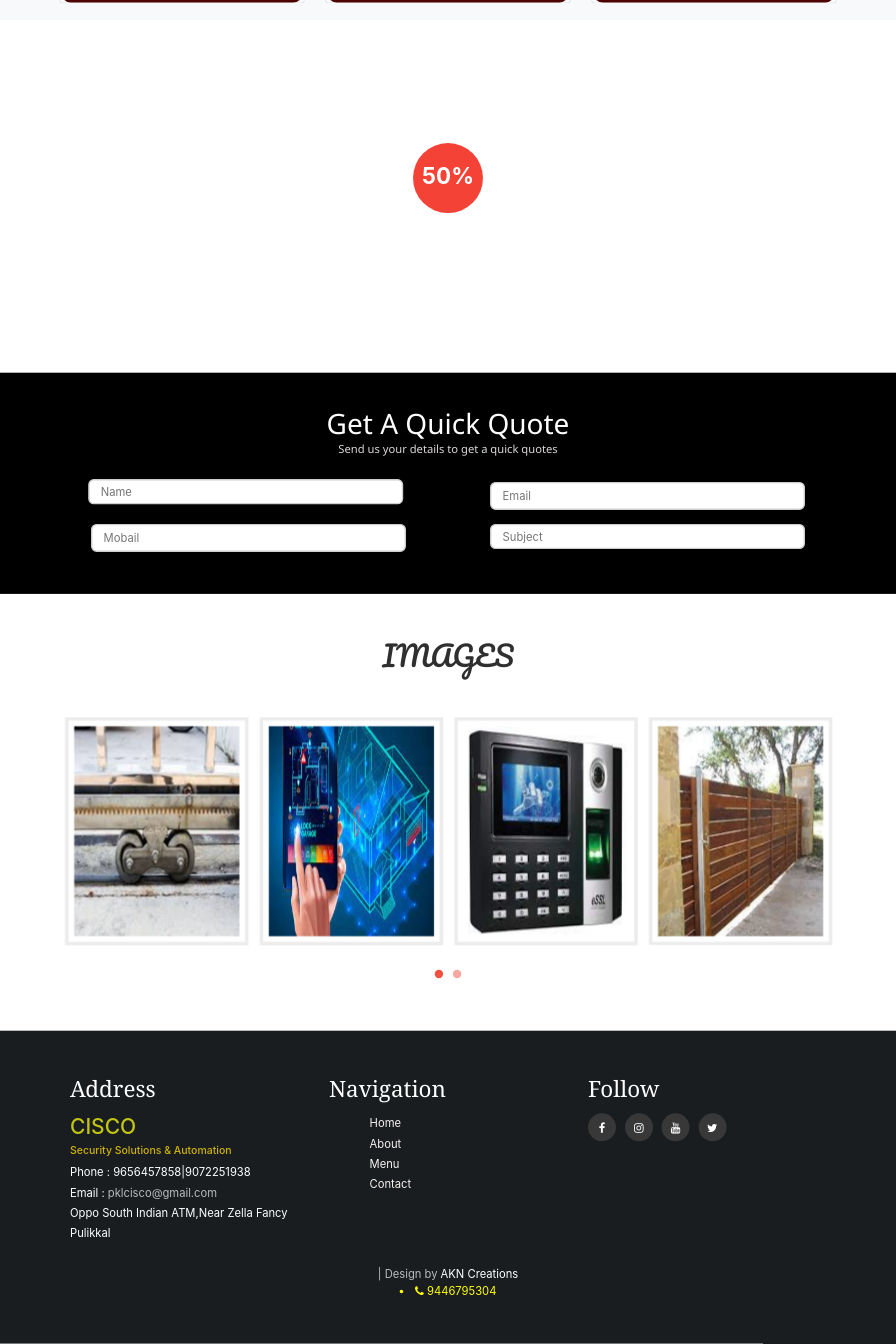
Repository: Nuhman123/Cisco
Page: index.html
The author's editor kept a copy of each file at every save. The page is drawn from the files as they stood at one save, then again after a run of saves.
The browser window is 1280 px wide. The pictures show the part of the page from y = 1888 to 3808 px (the page is 3808 px tall before and 3804 px after), at 70% of full size.

Above is the page before, as saved 2021-04-10 16:22:07.

After the next 3 saves:
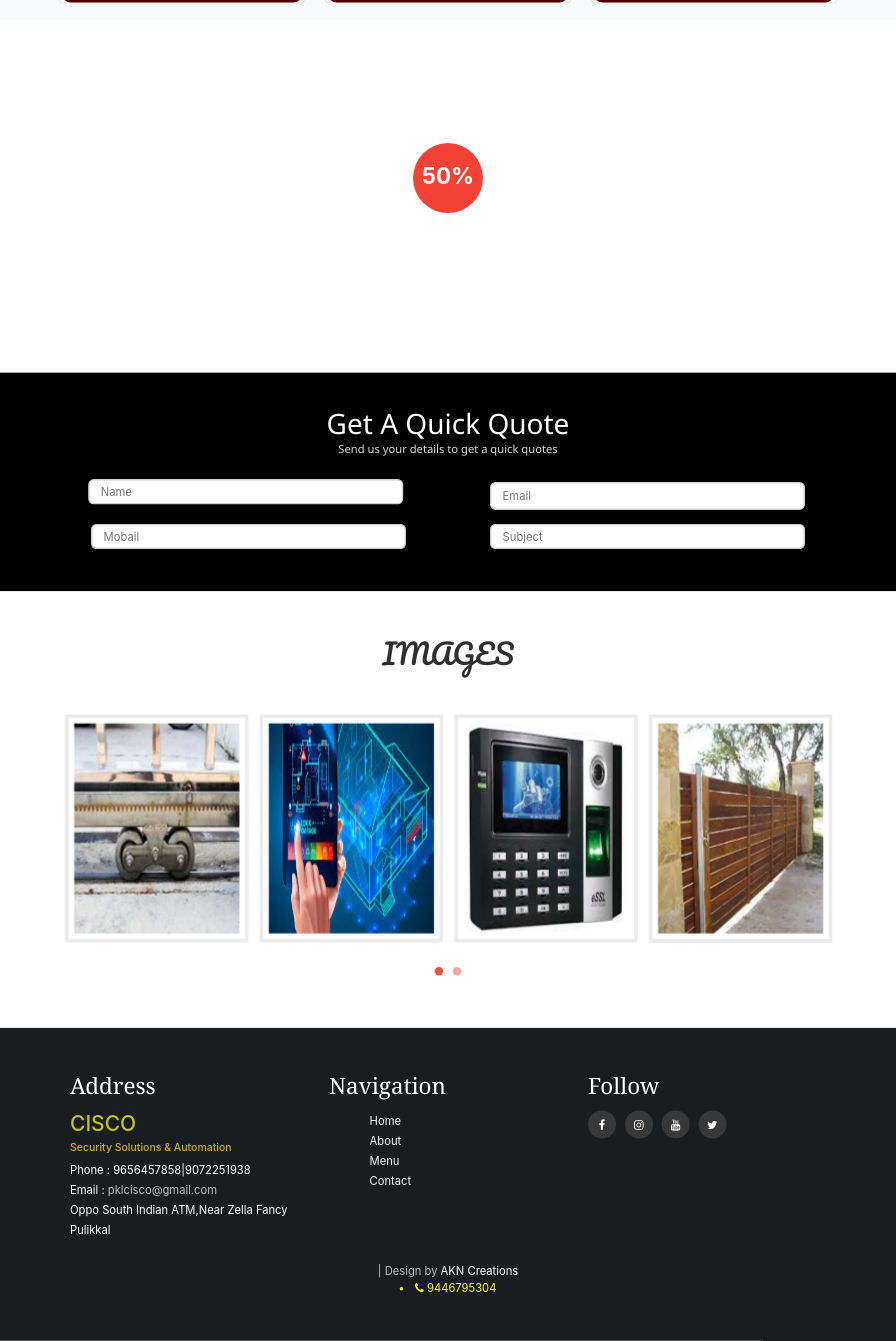
The 3 saves are shown as one change because they came seconds apart.
The last was saved 25 s later.
--- a/index.html
+++ b/index.html
@@ -330,7 +330,7 @@
 						<input type="text" placeholder="Email" style="width: 450px;background: white;margin: 4px; height: 40px;border-radius: 8px;">
 					</div>
 					<div class="col-xs-12 col-sm-12 col-md-12 col-lg-6">
-						<input type="text" placeholder="Mobail" style="width: 450px;background: white;margin: 12px; height: 40px;border-radius: 8px;">
+						<input type="text" placeholder="Mobail" style="width: 450px;background: white;margin: 12px; height: 30px;border-radius: 8px;">
 					</div>
 					<div class="col-xs-12 col-sm-12 col-md-12 col-lg-6">
 						<input type="text" placeholder="Subject" style="width: 450px;background: white;margin: 12px; height: 30px;border-radius: 8px;">
